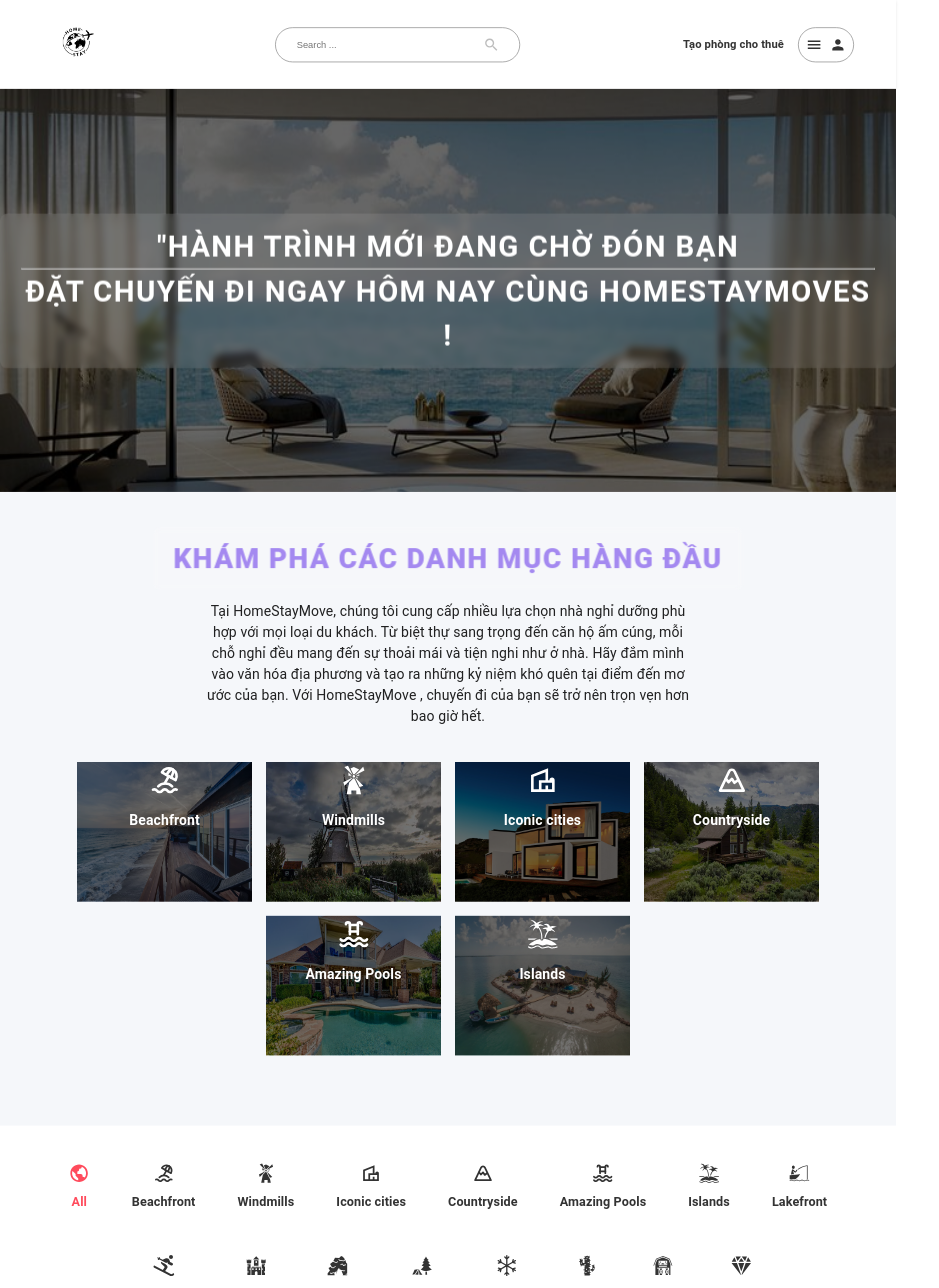
Repository: minhquang203/Homestay
Page: / (app in client/)
An editor plug-in stored every save of this project. The page is shown before and after the next save, followed by the edit.
The browser window is 1280 px wide. The page is 1342 px wide, so the pictures cover 1342 px, including what lies to the right of the window. The pictures show the part of the page from y = 0 to 1840 px (the page is 2829 px tall), at 70% of full size.
The page's requests for data from a server got no answer. The project was rebuilt for these pictures with package versions that can differ from the ones it lists, and the page was loaded fresh each time. No one was signed in, and anything a server would have sent is missing. Also part of the build but not shown: client/src/styles/ListingCard.scss, client/src/components/ListingCard.jsx, client/src/styles/variable.scss, client/src/styles/List.scss, client/src/pages/CategoryPage.jsx, client/src/styles/CreateListing.scss, client/src/pages/CreateListing.jsx, client/src/styles/ListingDetails.scss and 17 more.

Above is the page before, as saved 2025-04-03 22:37:21.

### client/public/index.html
<!DOCTYPE html>
<html lang="en">
  <head>
    <meta charset="utf-8" />
    <link rel="icon" href="%PUBLIC_URL%/favicon.ico" />
    <meta name="viewport" content="width=device-width, initial-scale=1" />
    <meta name="theme-color" content="#000000" />
    <meta
      name="description"
      content="Web site created using create-react-app"
    />
    <link rel="apple-touch-icon" href="%PUBLIC_URL%/logo192.png" />
    <link rel="manifest" href="%PUBLIC_URL%/manifest.json" />
    <link rel="preconnect" href="https://fonts.googleapis.com">
    <link rel="preconnect" href="https://fonts.gstatic.com" crossorigin>
    <link href="https://fonts.googleapis.com/css2?family=Nunito:ital,wght@0,200..1000;1,200..1000&display=swap" rel="stylesheet">
    <title>HomeStayMove</title>
  </head>
  <body>
    <div id="root"></div>

  </body>
</html>

### client/src/index.js
import { CssBaseline, ThemeProvider, createTheme } from "@mui/material"; // Thêm vào đây
import React from "react";
import ReactDOM from "react-dom/client";
import { Provider } from "react-redux";
import { PersistGate } from "redux-persist/integration/react";
import App from "./App";
import { persistor, store } from "./Redux/store";

// Tạo theme tùy chỉnh nếu cần thiết
const theme = createTheme({
  palette: {
    primary: {
      main: "#1976d2", // Màu chủ đạo
    },
    secondary: {
      main: "#dc004e", // Màu phụ
    },
  },
});

const root = ReactDOM.createRoot(document.getElementById("root"));
root.render(
  <React.StrictMode>
    <Provider store={store}>
      <PersistGate loading={null} persistor={persistor}>
        <ThemeProvider theme={theme}>
          <CssBaseline />
          <App />
        </ThemeProvider>
      </PersistGate>
    </Provider>
  </React.StrictMode>
);

### client/src/Redux/store.js
// store.js
import { configureStore } from "@reduxjs/toolkit";
import {
  persistStore,
  persistReducer,
  FLUSH,
  REHYDRATE,
  PAUSE,
  PERSIST,
  PURGE,
  REGISTER,
} from "redux-persist";
import storage from "redux-persist/lib/storage";
import userReducer from "./state"; // Đảm bảo đúng đường dẫn đến state.js

// Cấu hình Redux Persist
const persistConfig = {
  key: "root", // Tên của key trong localStorage
  version: 1, // Phiên bản của state để khi có thay đổi sẽ cập nhật lại
  storage, // Chọn phương thức lưu trữ, có thể là localStorage hoặc sessionStorage
};

// Tạo persisted reducer từ userReducer
const persistedReducer = persistReducer(persistConfig, userReducer);

// Tạo store với persistedReducer
export const store = configureStore({
  reducer: persistedReducer, // Dùng persisted reducer để lưu trữ trạng thái người dùng
  middleware: (getDefaultMiddleware) =>
    getDefaultMiddleware({
      serializableCheck: {
        ignoredActions: [FLUSH, REHYDRATE, PAUSE, PERSIST, PURGE, REGISTER], // Bỏ qua các action không thể serialize
      },
    }),
});

// Khởi tạo persistor từ store
export const persistor = persistStore(store);

### client/src/App.css
* {
  margin: 0;
  padding: 0;
  box-sizing: border-box;
  font-family: 'Nunito'sans-serif;
}

### client/src/pages/HomePage.jsx
import Categories from "../components/Categories";
import Footer from "../components/Footer";
import Listings from "../components/Listings";
import Navbar from '../components/Navbar';
import Slide from "../components/Slide";



const HomePage = () => {

  // Lấy thông tin người dùng từ Redux state
  return <div>
    <Navbar/>
    <Slide/>
    <Categories/>
    <Listings/>
    <Footer />
  </div>;
};

export default HomePage;

### client/src/components/Footer.jsx
import { Email, LocalPhone } from "@mui/icons-material";
import { Link } from "react-router-dom";
import "../styles/Footer.scss";
const Footer = () => {
  return (
    <div className="footer">
      <div className="footer_left">
        <a href="/">
          <img src="/assets/logo.png" alt="logo" />
        </a>
      </div>

      <div className="footer_center">
        <h3>Useful Links</h3>
        <ul>
          <li>
            <Link to="/about-us">About Us</Link>
          </li>
          <li>
            <Link to="/terms-and-conditions">Terms and Conditions</Link>
          </li>
          <li>
            <Link to="/return-and-refund-policy">Return and Refund Policy</Link>
          </li>
        </ul>
      </div>

      <div className="footer_right">
        <h3>Contact</h3>
        <div className="footer_right_info">
          <LocalPhone />
          <p>+84 904421394</p>
        </div>
        <div className="footer_right_info">
          <Email />
          <p>homestay@gmail.com</p>
          <p>tranminhquang082003@gmail.com</p>
        </div>
        <img src="/assets/payment.png" alt="payment" />
      </div>
    </div>
  );
};

export default Footer;

### client/src/components/Loader.jsx
import "../styles/Loader.scss";

const Loader = () => {
  return (
    <div className="loader">
      <div className="loader-inner"></div>
    </div>
  );
};

export default Loader;

### client/src/components/Navbar.jsx
import { Menu, Person, Search } from "@mui/icons-material";
import { IconButton } from "@mui/material";
import { useState } from "react";
import { useDispatch, useSelector } from "react-redux";
import { Link, useNavigate } from "react-router-dom";
import { setLogout } from "../Redux/state";
import "../styles/Navbar.scss";
import variables from "../styles/variable.scss";

const Navbar = () => {
  const [dropdownMenu, setDropdownMenu] = useState(false);
  const user = useSelector((state) => state.user);
  const dispatch = useDispatch();
  const [search, setSearch] = useState("")
  const navigate = useNavigate();

  const handleLogout = () => {
    dispatch(setLogout());
    navigate("/login");
  };

  return (
    <div className="navbar">
      <Link to="/">
        <img src="/assets/logo.png" alt="logo" />
      </Link>

      <div className="navbar_search">
        <input
          type="text"
          placeholder="Search ..."
          value={search}
          onChange={(e) => setSearch(e.target.value)}
        />
        <IconButton disabled={search === ""}>
          <Search
            sx={{ color: variables.pinkred }}
            onClick={() => {navigate(`/properties/search/${search}`)}}
          />
        </IconButton>
      </div>

      <div className="navbar_right">
        {/* Hiển thị điều kiện tùy theo trạng thái người dùng */}
        <Link to={user ? "/create-listing" : "/login"} className="navbar_right_host">
          Tạo phòng cho thuê
        </Link>

        {/* Nút tài khoản để mở menu thả xuống */}
        <button
          className="navbar_right_account"
          onClick={() => setDropdownMenu((prev) => !prev)} // Chuyển đổi trạng thái menu thả xuống
        >
          <Menu sx={{ color: variables.darkgrey }} />
          <Person sx={{ color: variables.darkgrey }} />
        </button>

        {/* Menu thả xuống cho người dùng đã đăng nhập */}
        {dropdownMenu && user && (
          <div className="navbar_right_accountmenu">
            <Link to="/profile">Thông Tin</Link>
            <Link to={`/${user._id}/trips`}>Danh sách chuyến đi</Link>
            <Link to={`/${user._id}/wishList`}>Yêu thích </Link>
            <Link to={`/${user._id}/properties`}>Phòng cho thuê </Link>
            <Link to={`/${user._id}/reservations`}>Đặt chỗ </Link>
            <Link to="/login" onClick={handleLogout}>
              Đăng xuất
            </Link>
          </div>
        )}

        {/* Menu thả xuống cho người dùng chưa đăng nhập */}
        {dropdownMenu && !user && (
          <div className="navbar_right_accountmenu">
            <Link to="/login">Đăng nhập</Link>
            <Link to="/register">Đăng ký</Link>
          </div>
        )}
      </div>
    </div>
  );
};

export default Navbar;

### client/src/components/Categories.jsx
import { Link } from "react-router-dom";
import { categories } from "../data";
import "../styles/Categories.scss";

const Categories = () => {
  return (
    <div className="categories">
      <h1>Khám phá các danh mục hàng đầu</h1>
      <p>
        Tại HomeStayMove, chúng tôi cung cấp nhiều lựa chọn nhà nghỉ dưỡng phù hợp
        với mọi loại du khách. Từ biệt thự sang trọng đến căn hộ ấm cúng, mỗi
        chỗ nghỉ đều mang đến sự thoải mái và tiện nghi như ở nhà. Hãy đắm mình
        vào văn hóa địa phương và tạo ra những kỷ niệm khó quên tại điểm đến mơ
        ước của bạn. Với HomeStayMove , chuyến đi của bạn sẽ trở nên trọn vẹn hơn
        bao giờ hết.
      </p>

      <div className="categories_list">
        {categories?.slice(1, 7).map((category, index) => (
          <Link to={`/properties/category/${category.label}`}>
            <div className="category">
              <img src={category.img} alt={category.label} />
              <div className="overlay">
                <div className="category_text">
                  <div className="category_text_icon">
                    {category.icon}
                    <p>{category.label}</p>
                  </div>
                </div>
              </div>
            </div>
          </Link>
        ))}
      </div>
    </div>
  );
};

export default Categories;

### client/src/components/Listings.jsx
import { useEffect, useState } from "react";
import { useDispatch, useSelector } from "react-redux";
import { categories } from "../data";
import { setListings } from "../Redux/state";
import "../styles/Listings.scss";
import ListingCard from "./ListingCard";
import Loader from "./Loader";

const Listings = () => {
  const dispatch = useDispatch();
  const [loading, setLoading] = useState(true);

  const [selectedCategory, setSelectedCategory] = useState("All");

  const listings = useSelector((state) => state.listings);

  const getFeedListings = async () => {
    try {
      const response = await fetch(
        selectedCategory !== "All"
          ? `http://localhost:3002/properties?category=${selectedCategory}`
          : "http://localhost:3002/properties",
        {
          method: "GET",
        }
      );

      const data = await response.json();
      dispatch(setListings({ listings: data }));
      setLoading(false);
    } catch (err) {
      console.log("Fetch Listings Failed", err.message);
    }
  };

  useEffect(() => {
    getFeedListings();
  }, [selectedCategory]);

  return (
    <>
      <div className="category-list">
        {categories?.map((category, index) => (
          <div
            className={`category ${category.label === selectedCategory ? "selected" : ""}`}
            key={index}
            onClick={() => setSelectedCategory(category.label)}
          >
            <div className="category_icon">{category.icon}</div>
            <p>{category.label}</p>
          </div>
        ))}
      </div>

      {loading ? (
        <Loader />
      ) : (
        <div className="listings">
          {listings.map(
            ({
              _id,
              creator,
              listingPhotoPaths,
              city,
              province,
              country,
              category,
              type,
              price,
              booking = false
            }) => (
              <ListingCard
                key={_id}
                listingId={_id}
                creator={creator}
                listingPhotoPaths={listingPhotoPaths}
                city={city}
                province={province}
                country={country}
                category={category}
                type={type}
                price={price}
                booking ={booking}
              />
            )
          )}
        </div>
      )}
    </>
  );
};

export default Listings;

### client/src/components/Slide.jsx
import "../styles/Slide.scss";

const Slide = () => {
  return (
    <div className="slidePage">
      <h1>
        "Hành trình mới đang chờ đón bạn <hr/>   Đặt chuyến đi ngay hôm nay cùng
        HomeStayMoves !
      </h1>
    </div>
  );
};

export default Slide;

### client/src/styles/Footer.scss
@import "./variable.scss";
@import "./breakpoints.scss";

.footer {
  display: flex;
  justify-content: space-between;
  align-items: center;
  gap: 50px;
  padding: 10px 70px;

  @include lg {
    padding: 10px 30px;
  }

  &_left {
    max-width: 400px;

    img {
      max-width: 150px;
      margin-bottom: 20px;
    }

    &_socials {
      display: flex;
      gap: 25px;
      margin-top: 20px;

      &_icon {
        width: 40px;
        height: 40px;
        border-radius: 50%;
        background-color: $pinkred;
        display: flex;
        justify-content: center;
        align-items: center;
        cursor: pointer;
        transition: all 0.5s ease-in-out;

        &:hover {
          transform: scale(1.2);
        }
      }
    }
  }

  &_center {
    text-decoration: none;

    ul {
      list-style: none;
      margin-top: 20px;
      cursor: pointer;

      li:hover {
        color: $pinkred
      }

      a {
        text-decoration: none;
        color: black;

        &:hover {
          color: $pinkred;
        }
      }
    }

    @include md {
      display: none;
    }
  }

  &_right {
    max-width: 350px;

    h3 {
      margin-bottom: 20px;
    }

    &_info {
      display: flex;

      p {
        margin-left: 20px;
        margin-bottom: 15px;
      }
    }

    @include sm {
      display: none;
    }
  }
}

### client/src/styles/Loader.scss
.loader {
    display: flex;
    justify-content: center;
    align-items: center;
    height: 100vh;
  }

  .loader-inner {
    border: 6px solid #f3f3f3;
    border-top: 6px solid #3498db;
    border-radius: 50%;
    width: 40px;
    height: 40px;
    animation: spin 2s linear infinite;
  }

  @keyframes spin {
    0% { transform: rotate(0deg); }
    100% { transform: rotate(360deg); }
  }

### client/src/styles/Navbar.scss
@import "./breakpoints.scss";
@import "./variable.scss";

.navbar {
  padding: 10px 60px;
  display: flex;
  justify-content: space-between;
  align-items: center;
  position: relative;
  background-color: #ffff;
  box-shadow: $box-shadow-small;  // Dùng biến shadow nhỏ cho navbar

  @include media-query(sm) {
    padding: 10px 20px;
  }

  img {
    width: 100px;
    cursor: pointer;
  }

  &_search {
    border: 1px solid $grey;
    border-radius: 30px;
    height: 50px;
    padding: 0 20px;
    display: flex;
    gap: 20px;
    align-items: center;
    width: 350px;

    input {
      border: none;
      outline: none;
      flex: 1;
      padding: 5px 10px;
    }

    &:hover {
      box-shadow: $box-shadow-small;
    }

    @include media-query(lg) {
      width: 500px;
    }

    @include media-query(sm) {
      display: none;
    }
  }

  &_right {
    display: flex;
    align-items: center;
    gap: 20px;

    .navbar_right_host {
      text-decoration: none;
      color: $darkgrey;
      font-weight: 700;
      cursor: pointer;

      &:hover {
        color: $pinkred;
      }

      @include media-query(sm) {
        display: none;
      }
    }

    &_account {
      height: 50px;
      display: flex;
      align-items: center;
      padding: 0 10px;
      border: 1px solid $grey;
      border-radius: 30px;
      gap: 10px;
      background-color: #ffff;
      cursor: pointer;
      transition: box-shadow 0.3s ease;

      &:hover {
        box-shadow: $box-shadow-large;
      }

      svg {
        color: $darkgrey;
      }
    }

    &_accountmenu {
      position: absolute;
      background-color: #ffff;
      right: 60px;
      top: 80px;
      display: flex;
      flex-direction: column;
      width: 200px;
      padding: 10px 0;
      border: 1px solid $lightgrey;
      border-radius: 20px;
      box-shadow: $box-shadow-large;
      z-index: 9999;

      @include media-query(sm) {
        right: 20px;
      }

      a {
        width: 100%;
        padding: 8px 15px;
        text-decoration: none;
        color: $grey;
        font-weight: 700;
        display: block;

        &:hover {
          color: $pinkred;
          background-color: rgba(217, 213, 213, 0.2);
        }
      }
    }
  }
}

### client/src/styles/breakpoints.scss
  $breakpoints: (
    xs: 480px,
    sm: 768px,
    md: 992px,
    lg: 1200px,
    xl: 1400px
  );

  // Mixin media-query để dễ sử dụng các điểm ngắt
  @mixin media-query($size) {
    $breakpoint: map-get($breakpoints, $size);

    @if $breakpoint {
      @media (max-width: #{$breakpoint}) {
        @content;
      }
    } @else {
      @warn "Breakpoint '#{$size}' không tồn tại trong danh sách breakpoints!";
    }
  }
  @mixin sm {
    @media (max-width: map-get($breakpoints, "sm")) {
        @content;
    }
}

@mixin mm {
    @media (max-width: map-get($breakpoints, "mm")) {
        @content;
    }
}

@mixin md {
    @media (max-width: map-get($breakpoints, "md")) {
        @content;
    }
}

@mixin ml {
    @media (max-width: map-get($breakpoints, "ml")) {
        @content;
    }
}

@mixin lg {
    @media (max-width: map-get($breakpoints, "lg")) {
        @content;
    }
}

@mixin xl {
    @media (max-width: map-get($breakpoints, "xl")) {
        @content;
    }
}

  // Mixin để tạo kiểu cho button
  @mixin buttonStyle {
    padding: 10px 15px;
    background-color: $pinkred;
    border: none;
    font-size: 20px;
    font-weight: 600;
    cursor: pointer;
    transform: 0.3s ease;
    color: white;
    border-radius: 10px;
  }
  // Mixin flex-center để căn giữa các phần tử theo cả chiều ngang và dọc
@mixin flex-center {
  display: flex;
  justify-content: center;
  align-items: center;
}

### client/src/styles/Categories.scss
@import "./variable.scss";
@import "./breakpoints.scss";

.categories {
  padding: 50px 60px;
  display: flex;
  flex-direction: column;
  align-items: center;
  text-align: center;
  background-color: $lightgrey;


  h1 {
    color: $blue;
    font-size: 40px;
    font-weight: 800;
    margin-bottom: 15px;
  }

  p {
    max-width: 700px;
    font-size: 20px;
  }

  .categories_list {
    display: flex;
    flex-wrap: wrap;
    padding: 50px 0;
    justify-content: center;
    gap: 20px;

    a {
      text-decoration: none;
    }

    .category {
      position: relative;
      display: flex;
      justify-content: center;
      align-items: center;
      width: 250px;
      height: 200px;
      cursor: pointer;

      img {
        position: absolute;
        width: 100%;
        height: 100%;
      }

      .overlay {
        position: absolute;
        width: 100%;
        height: 100%;
        background-color: rgba(0, 0, 0, 0.55);
        transition: 0.3s ease-in-out;
      }

      &_text {
        position: relative;
        color: white;

        &_icon {
          font-size: 45px;
        }

        p {
          font-weight: 600;
        }
      }

      &:hover {
        .overlay {
          width: 80%;
          height: 80%;
        }
      }

    }
  }
}

### client/src/styles/Listings.scss
@import "./variable.scss";
@import "./breakpoints.scss";

.category-list {
  padding: 50px 80px;
  display: flex;
  justify-content: center;
  flex-wrap: wrap;
  gap: 60px;

  @include sm {
    padding: 50px 20px;
  }

  .category {
    display: flex;
    flex-direction: column;
    align-items: center;
    color: $darkgrey;
    cursor: pointer;

    &_icon {
      font-size: 30px;
    }

    p {
      font-size: 18px;
      font-weight: 700;
    }

    &:hover {
      color: $pinkred;
    }
  }

  .selected {
    color: $pinkred;
  }
}

.listings {
  padding: 0 60px 120px;
  display: flex;
  flex-wrap: wrap;
  justify-content: center;
  gap: 5px;

  @include lg {
    padding: 0 20px 120px;
  }
}

### client/src/styles/Slide.scss
.slidePage {
  width: 100vw;
  height: 80vh;
  background: linear-gradient(rgba(0, 0, 0, 0.6), rgba(0, 0, 0, 0.6)),
    url("../../public/assets/slide.jpg");
  background-position: center;
  background-size: cover; /* Đảm bảo ảnh nền phủ đầy màn hình */
  background-repeat: no-repeat;

  display: flex;
  justify-content: center;
  align-items: center;
  text-align: center;
  position: relative;

  animation: fadeInUp 1.5s ease-out forwards;
}

/* Hiệu ứng fade-in kết hợp slide-in từ dưới lên */
@keyframes fadeInUp {
  0% {
    opacity: 0;
    transform: translateY(50px);
  }
  100% {
    opacity: 1;
    transform: translateY(0);
  }
}

h1 {
  padding: 20px;
  font-size: 42px;
  font-weight: bold;
  text-transform: uppercase;
  letter-spacing: 2px;
  color: white;
  z-index: 1;
  position: relative;
  background: rgba(255, 255, 255, 0.1); /* Tạo hiệu ứng nền mờ cho tiêu đề */
  padding: 15px 30px;
  border-radius: 10px;
  backdrop-filter: blur(5px);
}

Loaded but not shown: client/src/data.js (270 lines, source omitted); client/src/App.js (46 lines, source omitted); client/src/Redux/state.js (69 lines, source omitted)

After the next save:
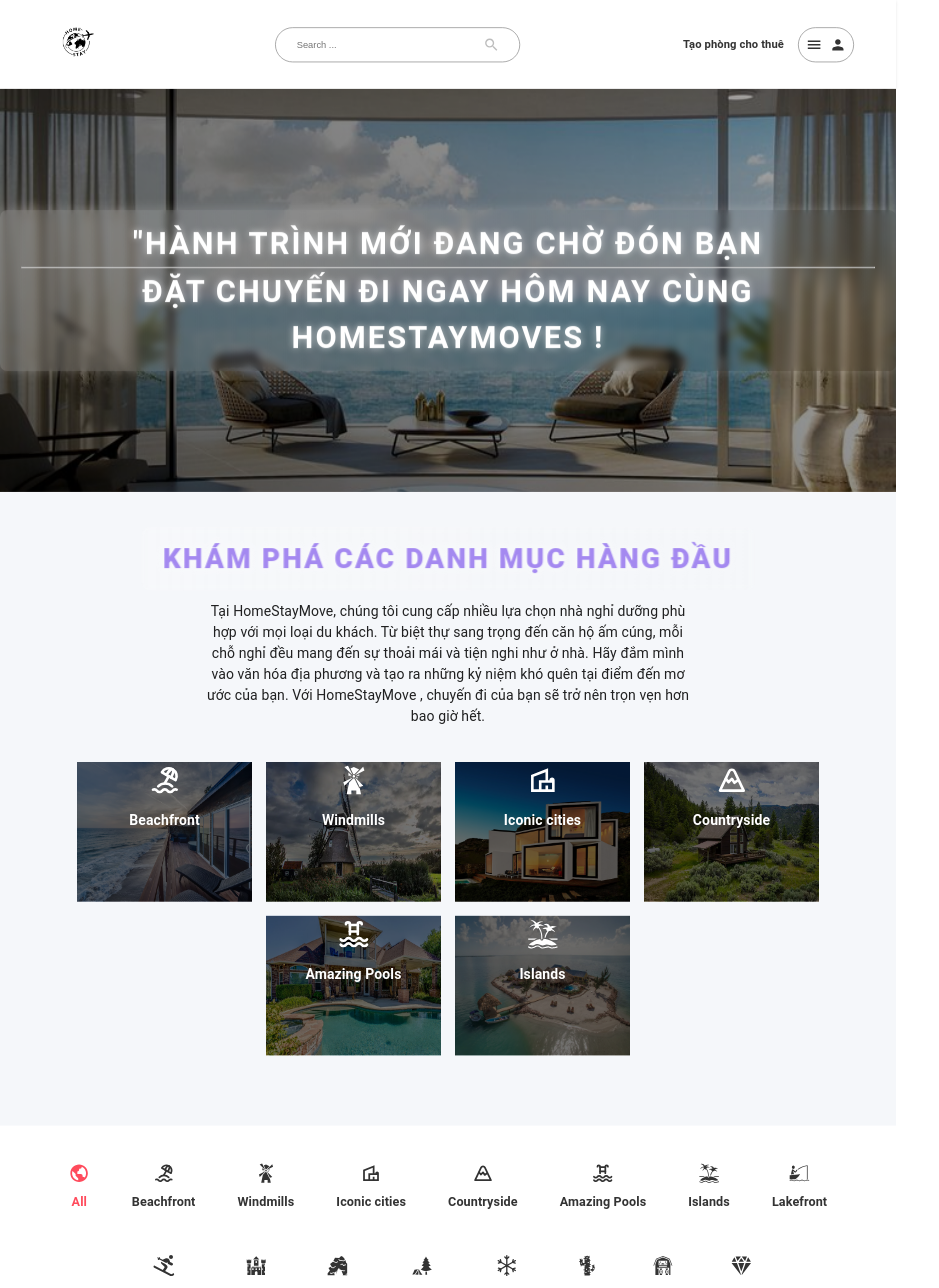
Saved 37 s later.
--- a/client/src/styles/Slide.scss
+++ b/client/src/styles/Slide.scss
@@ -1,44 +1,57 @@
 .slidePage {
   width: 100vw;
   height: 80vh;
-  background: linear-gradient(rgba(0, 0, 0, 0.6), rgba(0, 0, 0, 0.6)),
+  background: linear-gradient(45deg, rgba(0, 0, 0, 0.7), rgba(0, 0, 0, 0.3)),
     url("../../public/assets/slide.jpg");
   background-position: center;
-  background-size: cover; /* Đảm bảo ảnh nền phủ đầy màn hình */
+  background-size: cover;
   background-repeat: no-repeat;
-
+  position: relative;
   display: flex;
   justify-content: center;
   align-items: center;
   text-align: center;
-  position: relative;
+  overflow: hidden;
 
-  animation: fadeInUp 1.5s ease-out forwards;
+  animation: zoomIn 1.5s ease-out forwards;
 }
 
-/* Hiệu ứng fade-in kết hợp slide-in từ dưới lên */
-@keyframes fadeInUp {
+/* Hiệu ứng zoom-in khi xuất hiện */
+@keyframes zoomIn {
   0% {
     opacity: 0;
-    transform: translateY(50px);
+    transform: scale(0.8);
   }
   100% {
     opacity: 1;
-    transform: translateY(0);
+    transform: scale(1);
   }
 }
 
 h1 {
-  padding: 20px;
-  font-size: 42px;
+  font-size: 44px;
   font-weight: bold;
   text-transform: uppercase;
-  letter-spacing: 2px;
+  letter-spacing: 3px;
   color: white;
+  position: relative;
   z-index: 1;
-  position: relative;
-  background: rgba(255, 255, 255, 0.1); /* Tạo hiệu ứng nền mờ cho tiêu đề */
   padding: 15px 30px;
   border-radius: 10px;
+  background: linear-gradient(90deg, rgba(255, 255, 255, 0.2), rgba(255, 255, 255, 0));
   backdrop-filter: blur(5px);
+  overflow: hidden;
+  box-shadow: 0 0 20px rgba(255, 255, 255, 0.2);
+
+  animation: glowText 3s infinite alternate ease-in-out;
 }
+
+/* Hiệu ứng ánh sáng động */
+@keyframes glowText {
+  0% {
+    text-shadow: 0 0 10px rgba(255, 255, 255, 0.6);
+  }
+  100% {
+    text-shadow: 0 0 25px rgba(255, 255, 255, 1);
+  }
+}
